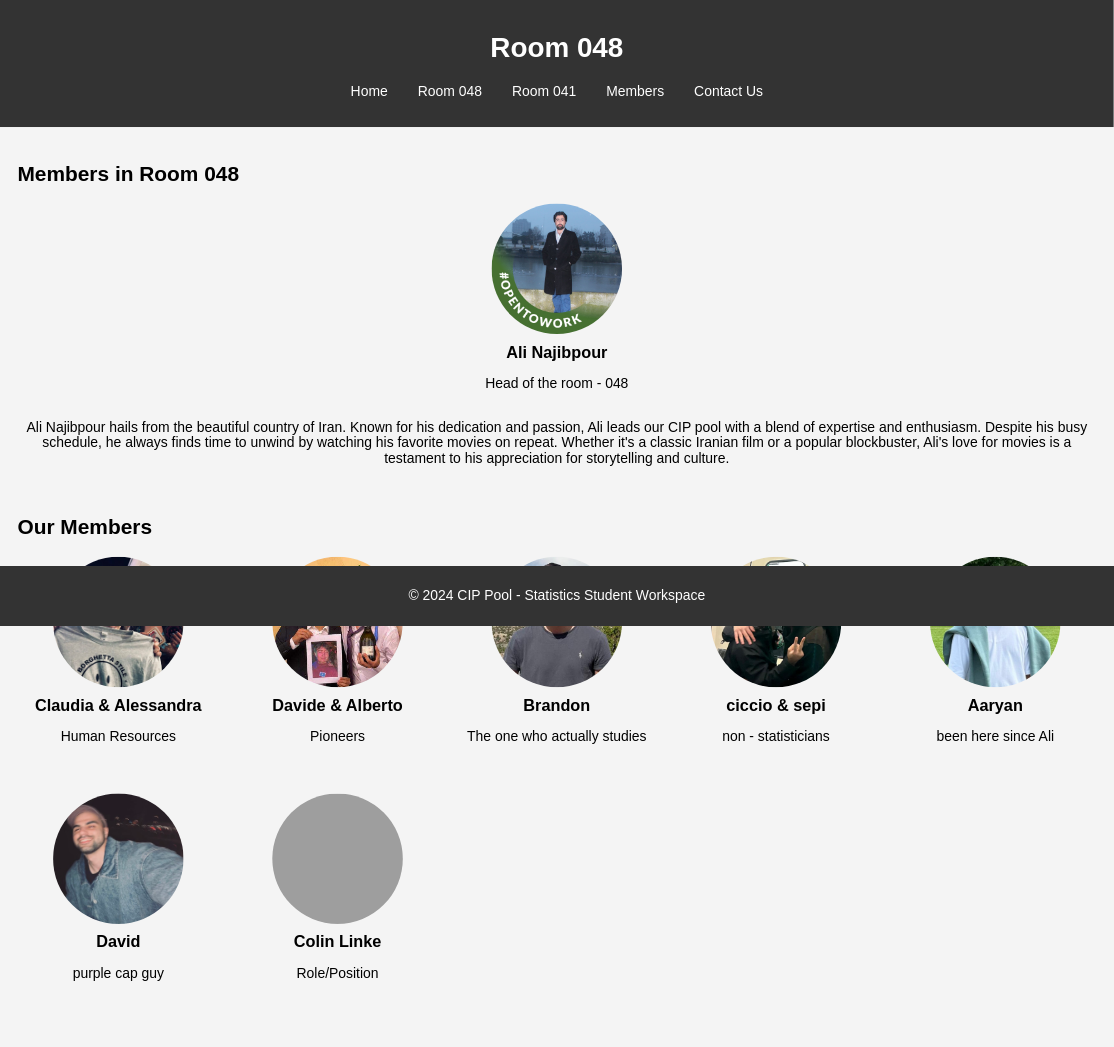
Repository: anjalisarawgi/cip_website
Page: room_048.html
The author's editor kept a copy of each file at every save. The page is drawn from the files as they stood at one save, then again after the next save.
The browser window is 1280 px wide. The pictures show the whole page, at 87% of full size.
Pictures or frames that could not be fetched are drawn as grey boxes.

Above is the page before, as saved 2024-06-14 14:09:31.

After the next save:
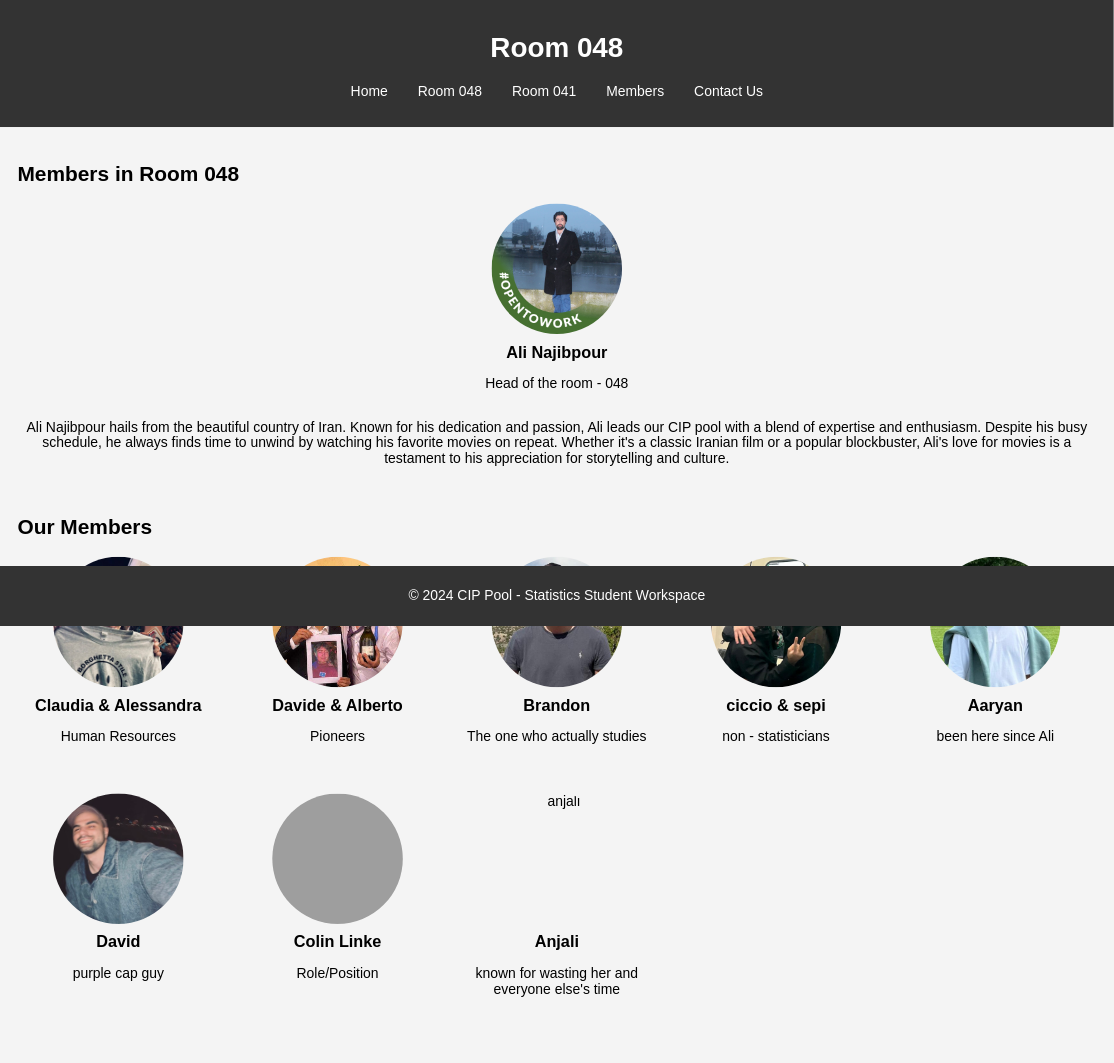
Not found: images/anjali.jpg
Saved 76 s later.
--- a/room_048.html
+++ b/room_048.html
@@ -86,6 +86,13 @@
                         <p>Role/Position</p>
                     </div>
                 </div>
+                <div class="member">
+                    <img src="images/anjali.jpg" alt="anjali" class="member-photo">
+                    <div class="member-info">
+                        <h3>Anjali</h3>
+                        <p>known for wasting her and everyone else's time</p>
+                    </div>
+                </div>
             </div>
         </section>
     </main>

After the save that followed:
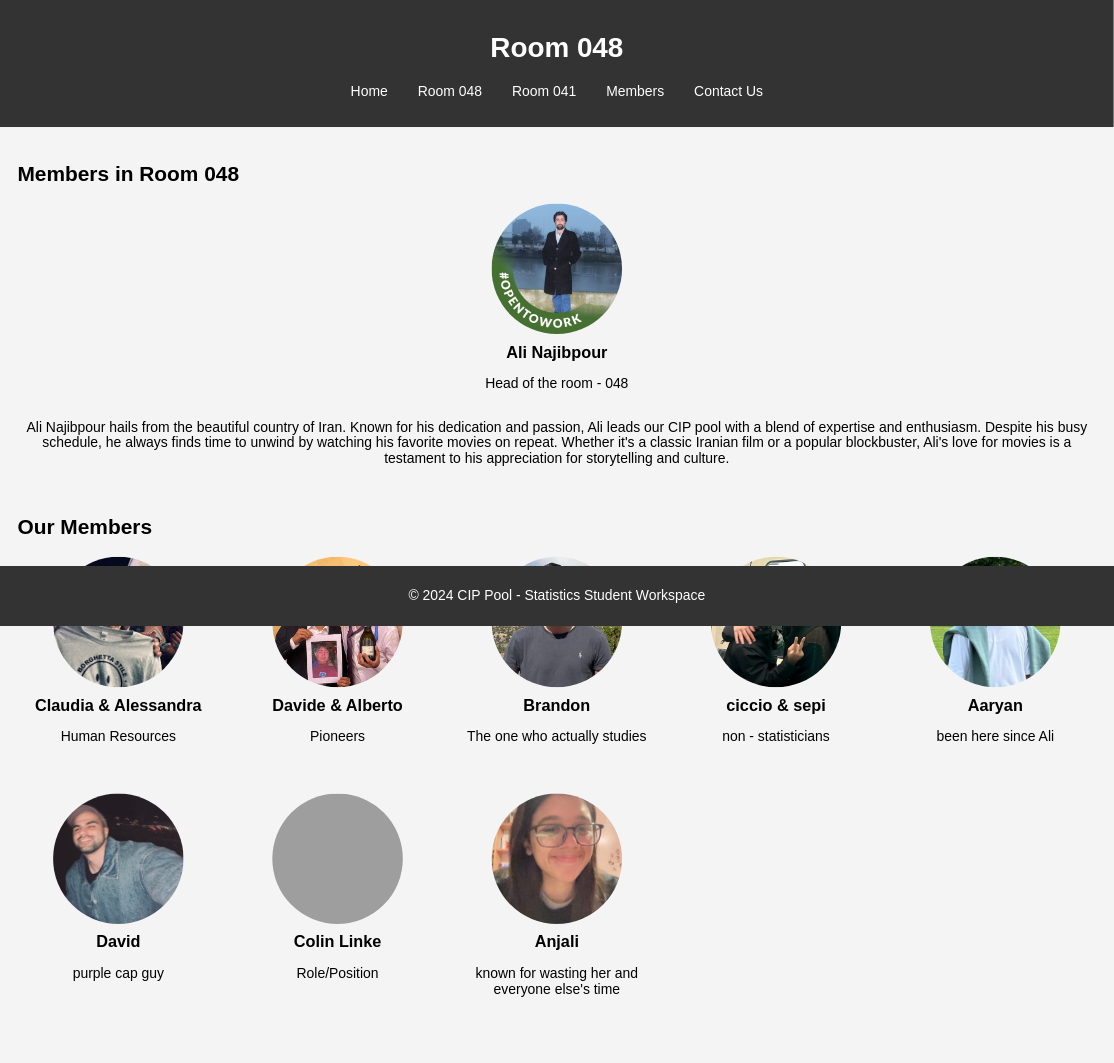
Saved 37 s later.
--- a/room_048.html
+++ b/room_048.html
@@ -87,7 +87,7 @@
                     </div>
                 </div>
                 <div class="member">
-                    <img src="images/anjali.jpg" alt="anjali" class="member-photo">
+                    <img src="images/anjali.jpeg" alt="anjali" class="member-photo">
                     <div class="member-info">
                         <h3>Anjali</h3>
                         <p>known for wasting her and everyone else's time</p>
